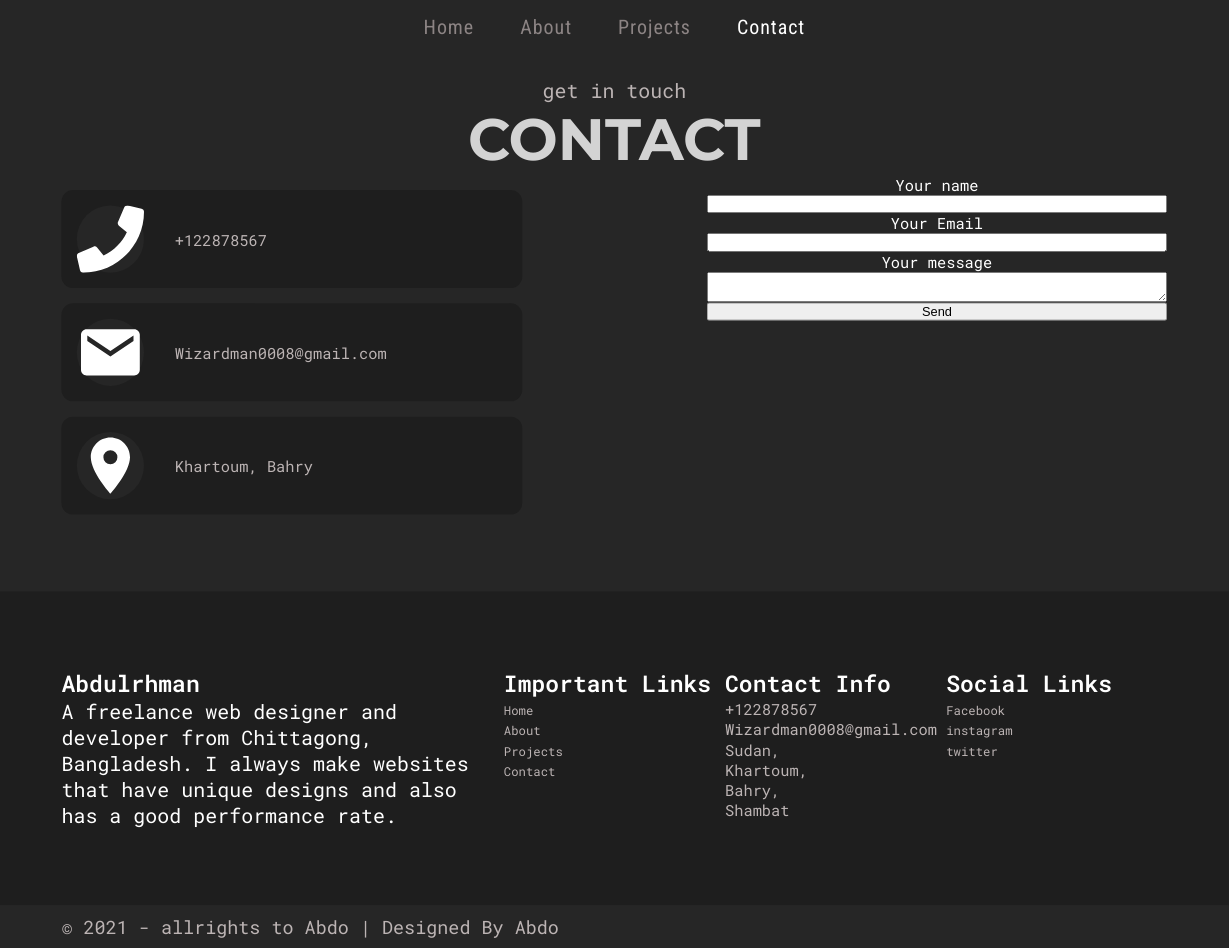
Repository: Abdoulrhman-altyeb/React-Typescript
Page: /contact
These files come from the project's save history. The page is drawn as it stood at one moment and after the next save; the edit follows.
The browser window is 1280 px wide. The pictures show the whole page, at 96% of full size.
The project was rebuilt for these pictures with package versions that can differ from the ones it lists, and the page was loaded fresh each time. Also part of the build but not shown: src/components/Button.tsx, src/components/ContactButton.tsx, src/components/HeroSection.tsx, src/components/AboutSection.tsx, src/assits/data/Services.ts, src/components/ServiceItems.tsx, src/components/ServicesSection.tsx, src/components/ProjectsSection.tsx and 3 more.

Above is the page before, as saved 2021-05-20 17:52:23.

After the next save:
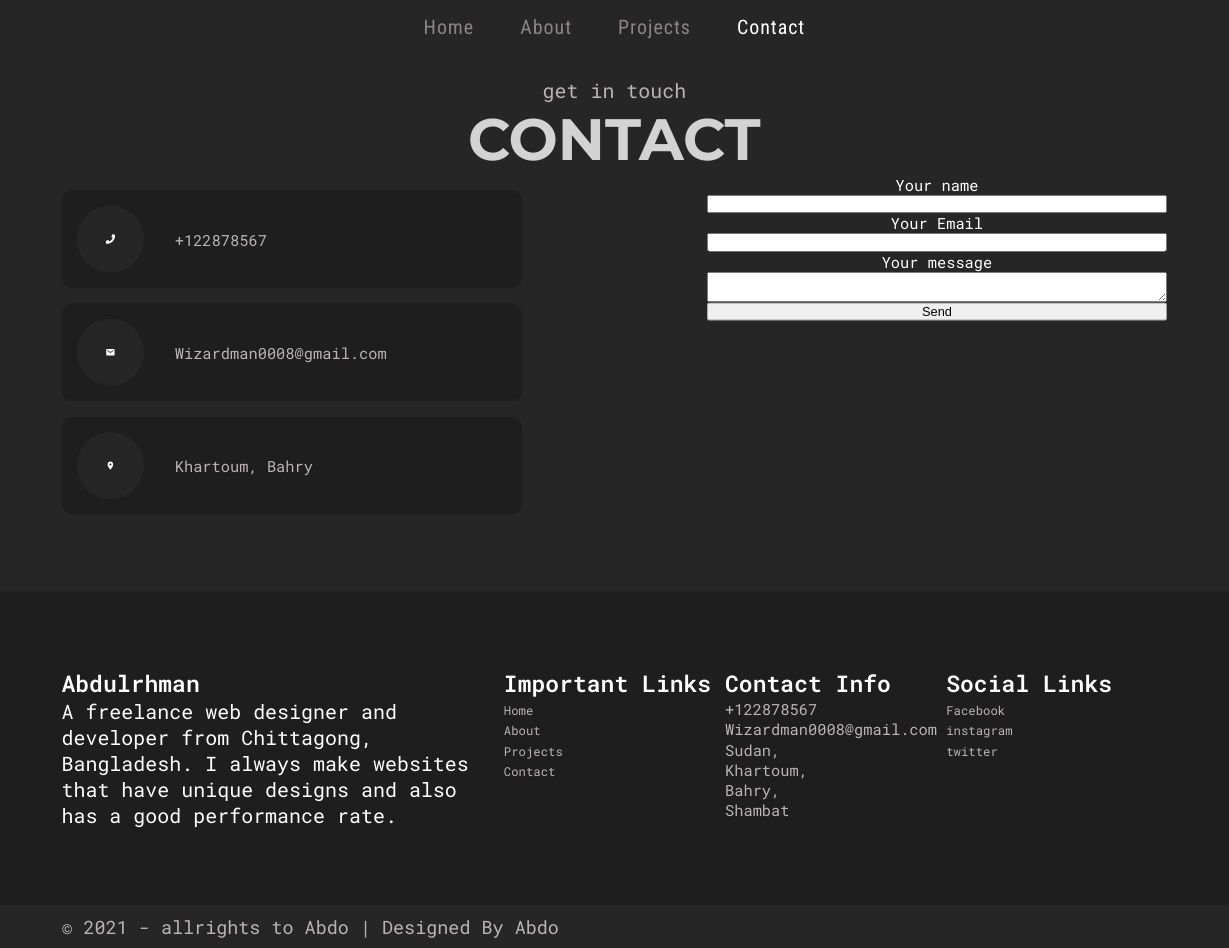
Saved 4 s later.
--- a/src/components/ContactSecion.tsx
+++ b/src/components/ContactSecion.tsx
@@ -90,7 +90,7 @@ const StyledDiv = styled.div`
         margin-right:2rem;
         background:#262626;
     }
-    .icon img{
+    .icon svg{
         width:10px;
     }
 
